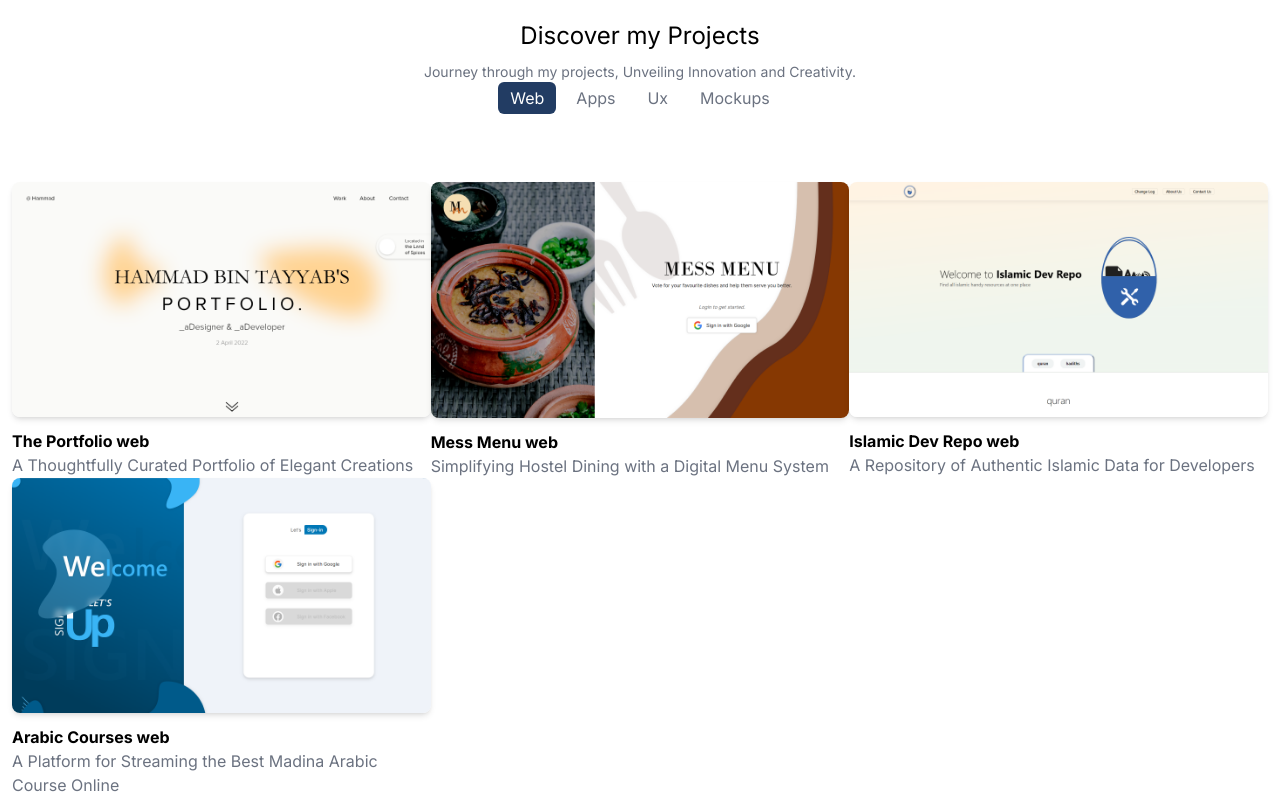
Repository: SpicierEwe/my_portfolio_v2
Page: /
An editor plug-in stored every save of this project. The page is shown before and after the next save, followed by the edit.
The browser window is 1280 px wide. The pictures show the whole page.
The project was rebuilt for these pictures with package versions that can differ from the ones it lists, and the page was loaded fresh each time. The framework's server and built-in components were replaced by stand-ins that run in the browser. Also part of the build but not shown: next.config.js, core/utils/customIcons.js, core/utils/utils.tsx, core/db/sub_db_data/ux_db.js.

Above is the page before, as saved 2024-04-22 11:09:59.

After the next save:
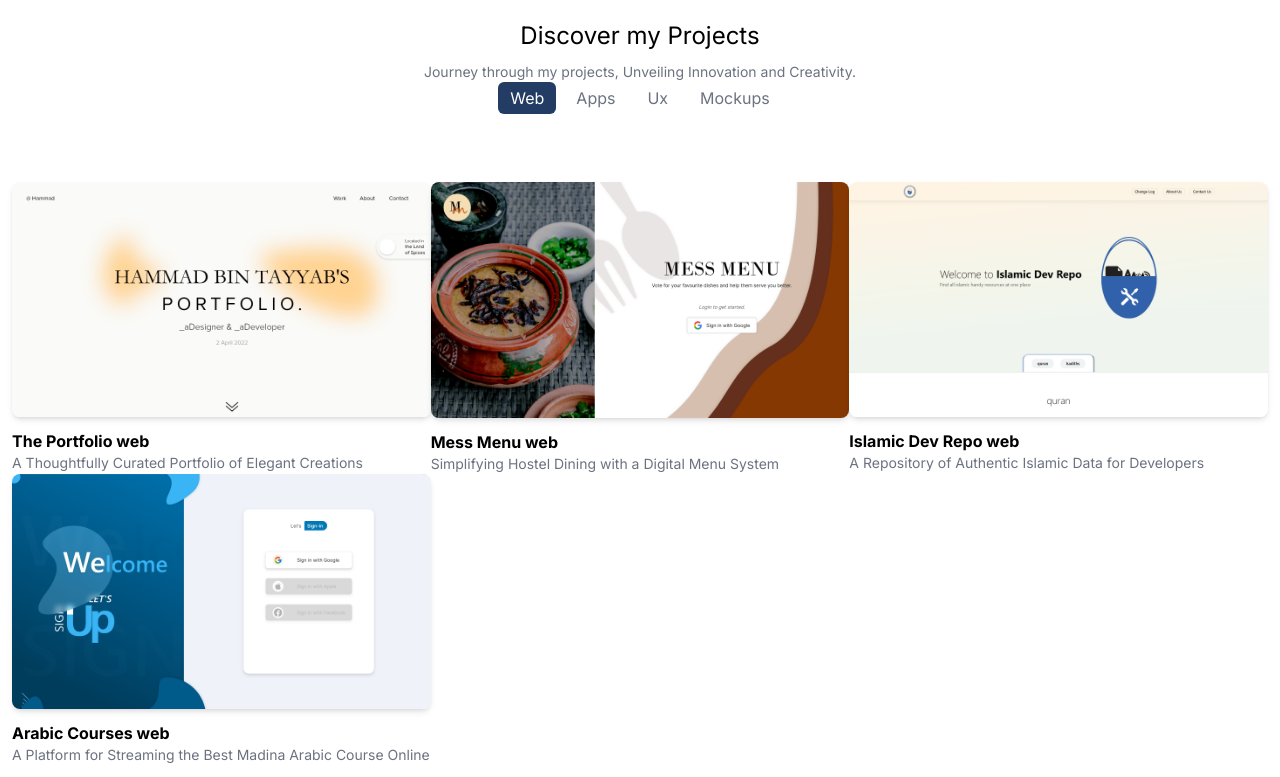
Saved 18 s later.
--- a/Components/Work_section/work_section.tsx
+++ b/Components/Work_section/work_section.tsx
@@ -70,7 +70,7 @@ export default function WorkSection() {
                     <p className="mt-3 font-bold">
                       {projectName} {selectedNavItemName}
                     </p>
-                    <p className="text-gray-500">{tagLine}</p>
+                    <p className="text-gray-500 text-sm">{tagLine}</p>
                   </div>
                 </div>
               );
